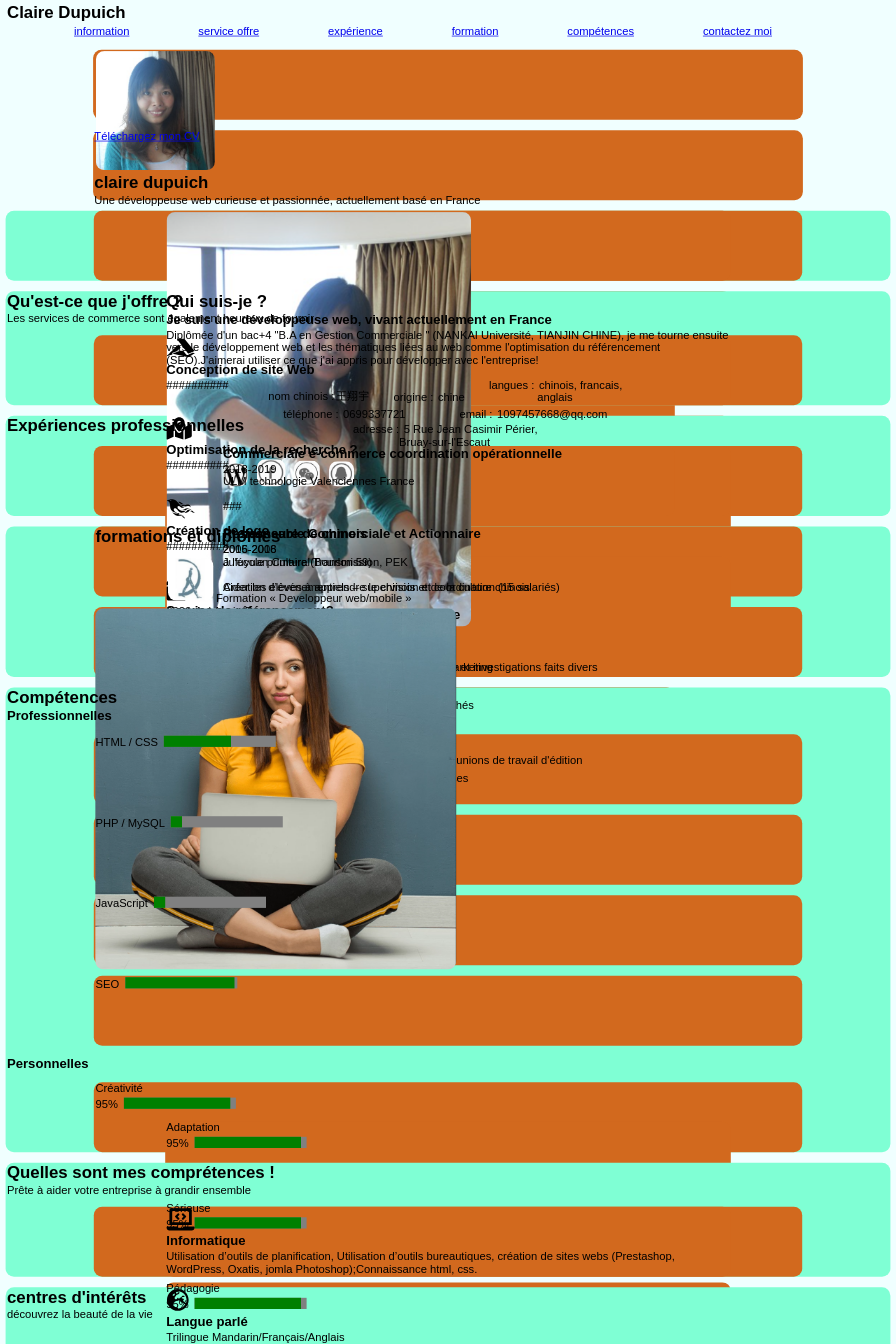
Repository: clairedupuich/cv-claireDUPUICH
Page: cv.html
The author's editor kept a copy of each file at every save. The page is drawn from the files as they stood at one save, then again after the next save.
The browser window is 1280 px wide. The pictures show the part of the page from y = 0 to 1920 px (the page is 3124 px tall), at 70% of full size.
Pictures or frames that could not be fetched are drawn as grey boxes. Some web libraries are served in a nearby version.

Above is the page before, as saved 2020-10-08 15:04:32.

After the next save:
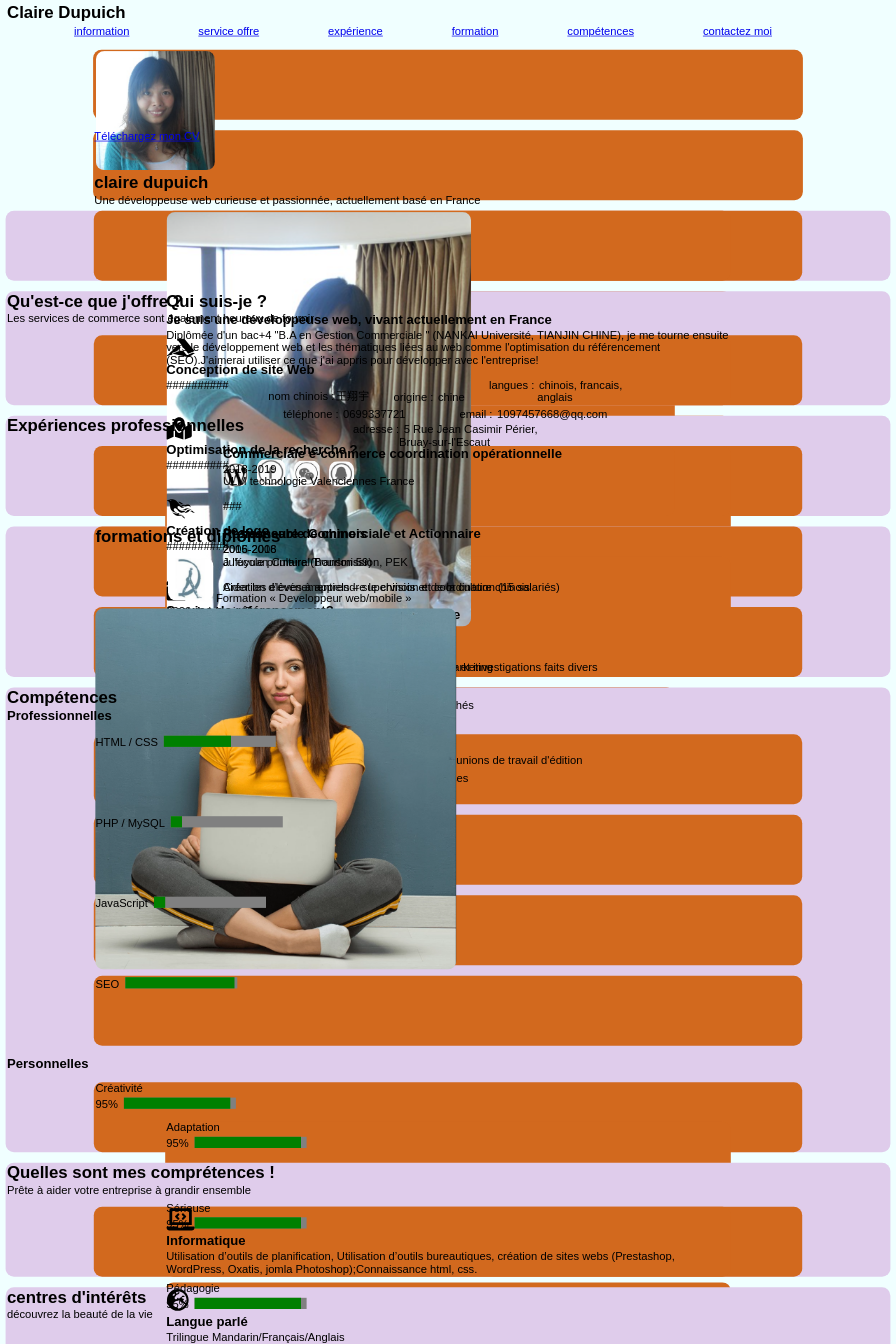
Saved 71 s later.
--- a/cv.css
+++ b/cv.css
@@ -15,7 +15,7 @@
     section {
         margin-top: 10px;
 
-        background-color: aquamarine;
+        background-color: rgb(223, 204, 235);
 
 
     }
